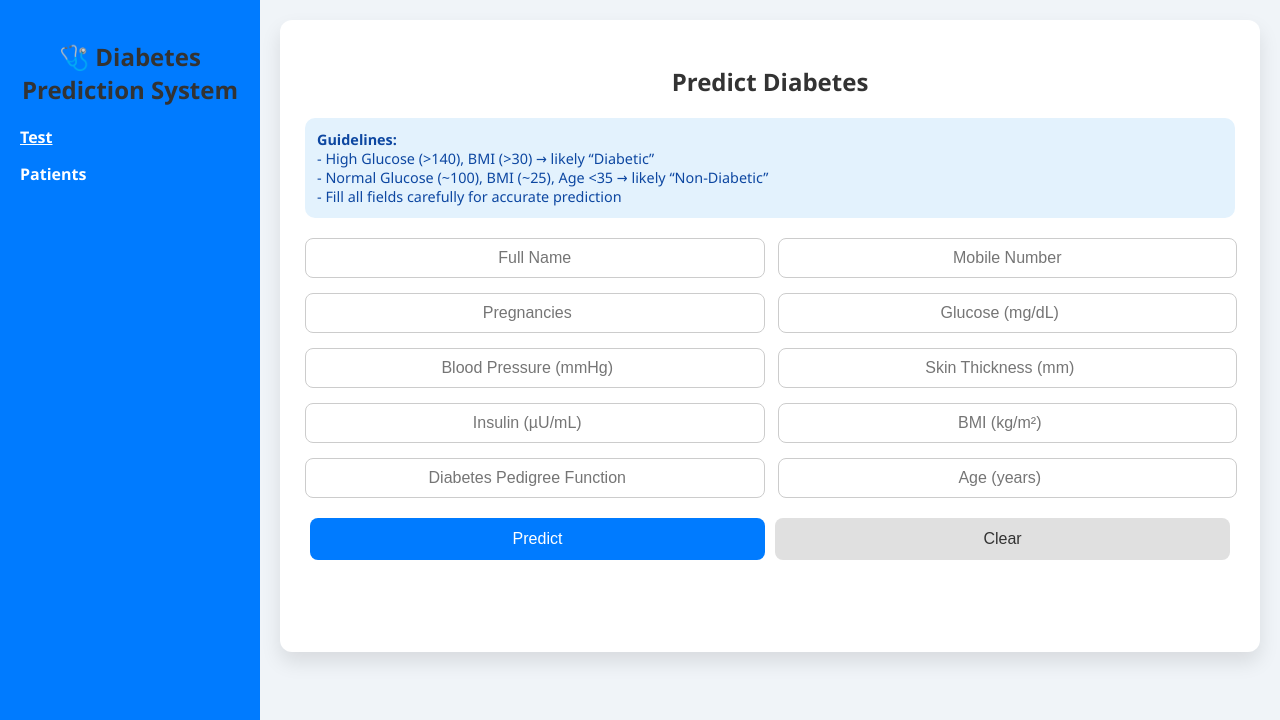
Repository: Aman14150/diabetes-prediction-system
Page: http://localhost/
An editor plug-in stored every save of this project. The page is shown before and after the next save, followed by the edit.
The browser window is 1280 px wide. The pictures show the whole page.
The page is served by the project's application, run on Flask 3 (app.py).

Above is the page before, as saved 2025-10-07 19:46:29.

### templates/index.html
<!DOCTYPE html>
<html lang="en">
<head>
    <meta charset="UTF-8">
    <title>Diabetes Prediction</title>
    <link rel="stylesheet" href="{{ url_for('static', filename='style.css') }}">
</head>
<body>
    <div class="container">
        <aside class="sidebar">
            <h2>🩺 Diabetes Prediction System</h2>
            <ul>
                <li><a href="/" class="{% if not show_patients %}active{% endif %}">Test</a></li>
                <li><a href="/patients" class="{% if show_patients %}active{% endif %}">Patients</a></li>
            </ul>
        </aside>

        <main class="content">
            {% if not show_patients %}
            <!-- Test Form -->
            <div class="card">
                <h2>Predict Diabetes</h2>
                <div class="guidelines">
                    <strong>Guidelines:</strong><br>
                    - High Glucose (>140), BMI (>30) → likely “Diabetic”<br>
                    - Normal Glucose (~100), BMI (~25), Age <35 → likely “Non-Diabetic”<br>
                    - Fill all fields carefully for accurate prediction
                </div>

                <form id="diabetesForm" action="/predict" method="post">
                    <input type="text" name="name" placeholder="Full Name" required>
                    <input type="tel" name="mobile" placeholder="Mobile Number" required>
                    <input type="number" name="Pregnancies" placeholder="Pregnancies" step="any" required>
                    <input type="number" name="Glucose" placeholder="Glucose (mg/dL)" step="any" required>
                    <input type="number" name="BloodPressure" placeholder="Blood Pressure (mmHg)" step="any" required>
                    <input type="number" name="SkinThickness" placeholder="Skin Thickness (mm)" step="any" required>
                    <input type="number" name="Insulin" placeholder="Insulin (µU/mL)" step="any" required>
                    <input type="number" name="BMI" placeholder="BMI (kg/m²)" step="any" required>
                    <input type="number" name="DiabetesPedigreeFunction" placeholder="Diabetes Pedigree Function" step="any" required>
                    <input type="number" name="Age" placeholder="Age (years)" step="any" required>

                    <div class="button-group">
                        <button type="submit" id="predictBtn">Predict</button>
                        <button type="button" id="clearBtn">Clear</button>
                    </div>

                    {% if prediction_text %}
                    <div class="prediction">{{ prediction_text }}</div>
                    {% else %}
                    <div class="prediction">&nbsp;</div>
                    {% endif %}
                </form>
            </div>

            {% else %}
            <!-- Patients Table -->
            <div class="card">
                <h2>Patients List</h2>
                <table>
                    <thead>
                        <tr>
                            {% for col in patient_columns %}
                            <th>{{ col|capitalize }}</th>
                            {% endfor %}
                        </tr>
                    </thead>
                    <tbody>
                        {% for row in patient_data %}
                        <tr>
                            {% for item in row %}
                            <td>{{ item }}</td>
                            {% endfor %}
                        </tr>
                        {% endfor %}
                    </tbody>
                </table>
            </div>
            {% endif %}
        </main>
    </div>

    <script>
        document.getElementById('clearBtn')?.addEventListener('click', function () {
            document.getElementById('diabetesForm')?.reset();
        });
    </script>
</body>
</html>

### app.py
from flask import Flask, render_template, request
import joblib
import numpy as np
import pandas as pd
import mysql.connector

app = Flask(__name__)

# MySQL Connection
db = mysql.connector.connect(
    host="127.0.0.1",
    port=3307,
    user="amanR",
    password="Mysql@150",
    database="diabetes_db"
)
cursor = db.cursor()
print("Database Connected successfully ✅")

# Load model & scaler
model = joblib.load("diabetes_model.pkl")
scaler = joblib.load("scaler.pkl")

@app.route('/')
def home():
    return render_template('index.html', prediction_text=None, show_patients=False)

@app.route('/predict', methods=['POST'])
def predict():
    try:
        # Personal info
        name = request.form['name']
        mobile = request.form['mobile']

        # Health data
        data = [float(request.form[key]) for key in [
            "Pregnancies","Glucose","BloodPressure","SkinThickness",
            "Insulin","BMI","DiabetesPedigreeFunction","Age"
        ]]
        input_df = pd.DataFrame([data], columns=[
            "Pregnancies","Glucose","BloodPressure","SkinThickness",
            "Insulin","BMI","DiabetesPedigreeFunction","Age"
        ])
        scaled_input = scaler.transform(input_df)
        prediction = model.predict(scaled_input)[0]
        result = "Diabetic" if prediction == 1 else "Non-Diabetic"

        # Save to MySQL
        sql = """INSERT INTO patients
                 (name, mobile, pregnancies, glucose, blood_pressure, skin_thickness, insulin, bmi, dpf, age, prediction)
                 VALUES (%s,%s,%s,%s,%s,%s,%s,%s,%s,%s,%s)"""
        cursor.execute(sql, (name, mobile, *data, result))
        db.commit()

        return render_template('index.html', prediction_text=f"Prediction: 🩺 {result}", show_patients=False)

    except Exception as e:
        return render_template('index.html', prediction_text=f"Error: {str(e)}", show_patients=False)

@app.route('/patients')
def patients():
    cursor.execute("SELECT * FROM patients")
    rows = cursor.fetchall()
    columns = [desc[0] for desc in cursor.description]
    return render_template('index.html', patient_data=rows, patient_columns=columns, show_patients=True)

if __name__ == '__main__':
    app.run(debug=True)

### static/style.css
body {
    font-family: 'Segoe UI', Tahoma, Geneva, Verdana, sans-serif;
    margin: 0;
    padding: 0;
    background: #f0f4f8;
}

.container {
    display: flex;
    min-height: 100vh;
}

.sidebar {
    width: 220px;
    background: #007BFF;
    color: white;
    padding: 20px;
}

.sidebar h2 {
    /* text-align: center; */
    margin-bottom: 20px;
}

.sidebar ul {
    list-style: none;
    padding: 0;
}

.sidebar ul li {
    margin: 15px 0;
}

.sidebar ul li a {
    color: white;
    text-decoration: none;
    font-weight: bold;
}

.sidebar ul li a.active, .sidebar ul li a:hover {
    text-decoration: underline;
}

.content {
    flex: 1;
    padding: 20px;
}

.card {
    background: white;
    padding: 25px;
    border-radius: 12px;
    box-shadow: 0 10px 20px rgba(0,0,0,0.1);
}

h2 {
    text-align: center;
    color: #333;
}

.guidelines {
    background-color: #e3f2fd;
    color: #0d47a1;
    padding: 12px;
    border-radius: 10px;
    margin-bottom: 20px;
    font-size: 0.9rem;
    text-align: left;
}

form {
    display: grid;
    grid-template-columns: 1fr 1fr;
    gap: 15px;
}

input {
    width: 100%;
    padding: 10px 0px;
    border-radius: 8px;
    border: 1px solid #ccc;
    font-size: 1rem;
    text-align: center;
}

input:focus {
    outline: none;
    border-color: #007BFF;
    box-shadow: 0 0 5px rgba(0,123,255,0.5);
}

.button-group {
    grid-column: span 2;
    display: flex;
    justify-content: space-between;
}

button {
    padding: 12px;
    font-size: 1rem;
    border-radius: 8px;
    border: none;
    cursor: pointer;
    flex: 1;
    margin: 5px;
    transition: background-color 0.3s ease;
}

#predictBtn {
    background-color: #007BFF;
    color: white;
}

#predictBtn:hover {
    background-color: #0056b3;
}

#clearBtn {
    background-color: #e0e0e0;
    color: #333;
}

#clearBtn:hover {
    background-color: #bdbdbd;
}

.prediction {
    grid-column: span 2;
    text-align: center;
    margin-top: 20px;
    font-size: 1.2rem;
    font-weight: bold;
    color: #007BFF;
}

table {
    width: 100%;
    border-collapse: collapse;
}

table, th, td {
    border: 1px solid #ccc;
}

th, td {
    padding: 10px;
    text-align: center;
}

th {
    background: #007BFF;
    color: white;
}

After the next save:
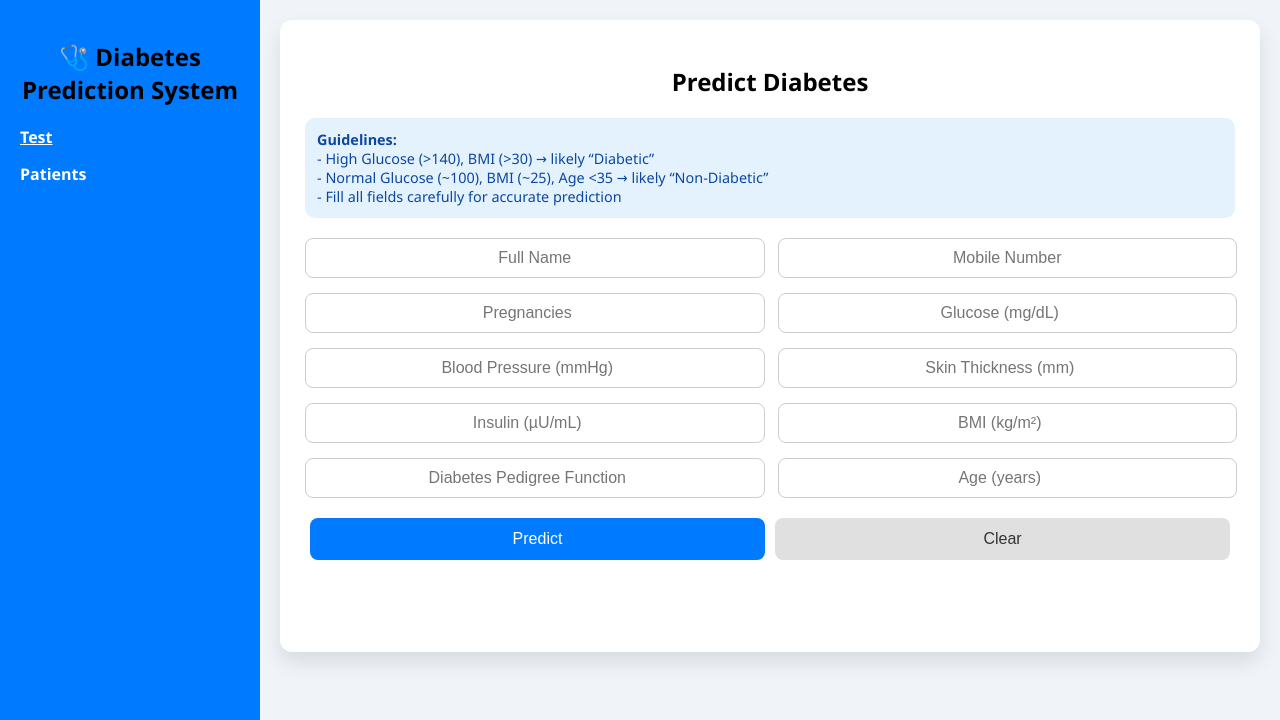
Saved 67 s later.
--- a/static/style.css
+++ b/static/style.css
@@ -55,7 +55,7 @@ body {
 
 h2 {
     text-align: center;
-    color: #333;
+    color: #000000;
 }
 
 .guidelines {
